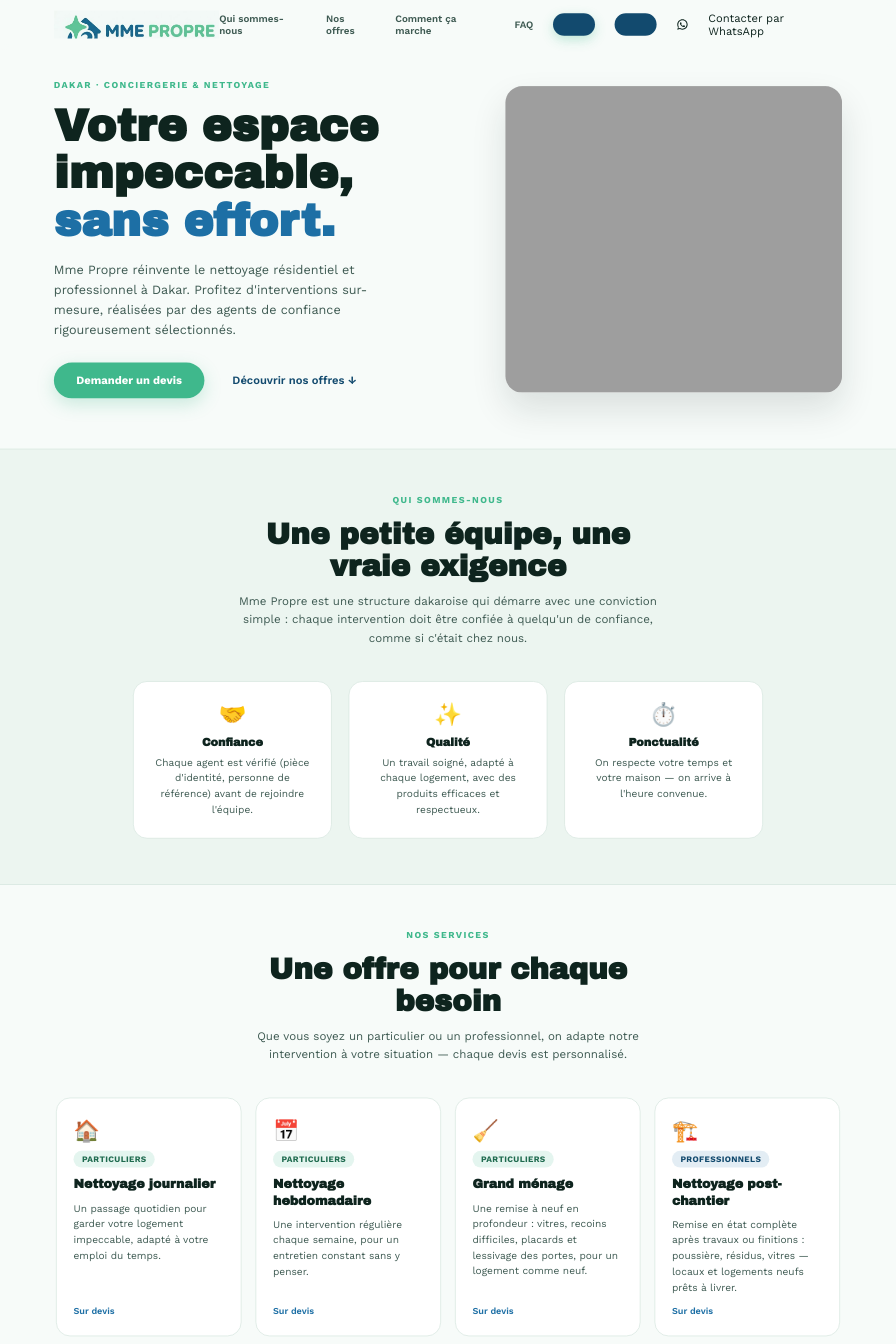
Repository: AntaaaKD/Mme-Propre
Page: index.html
An editor plug-in stored every save of this project. The page is shown before and after a run of saves, followed by the edit.
The browser window is 1280 px wide. The pictures show the part of the page from y = 0 to 1920 px (the page is 4385 px tall), at 70% of full size.
Pictures or frames that could not be fetched are drawn as grey boxes.

Above is the page before, as saved 2026-07-29 00:49:10.

After the next 2 saves:
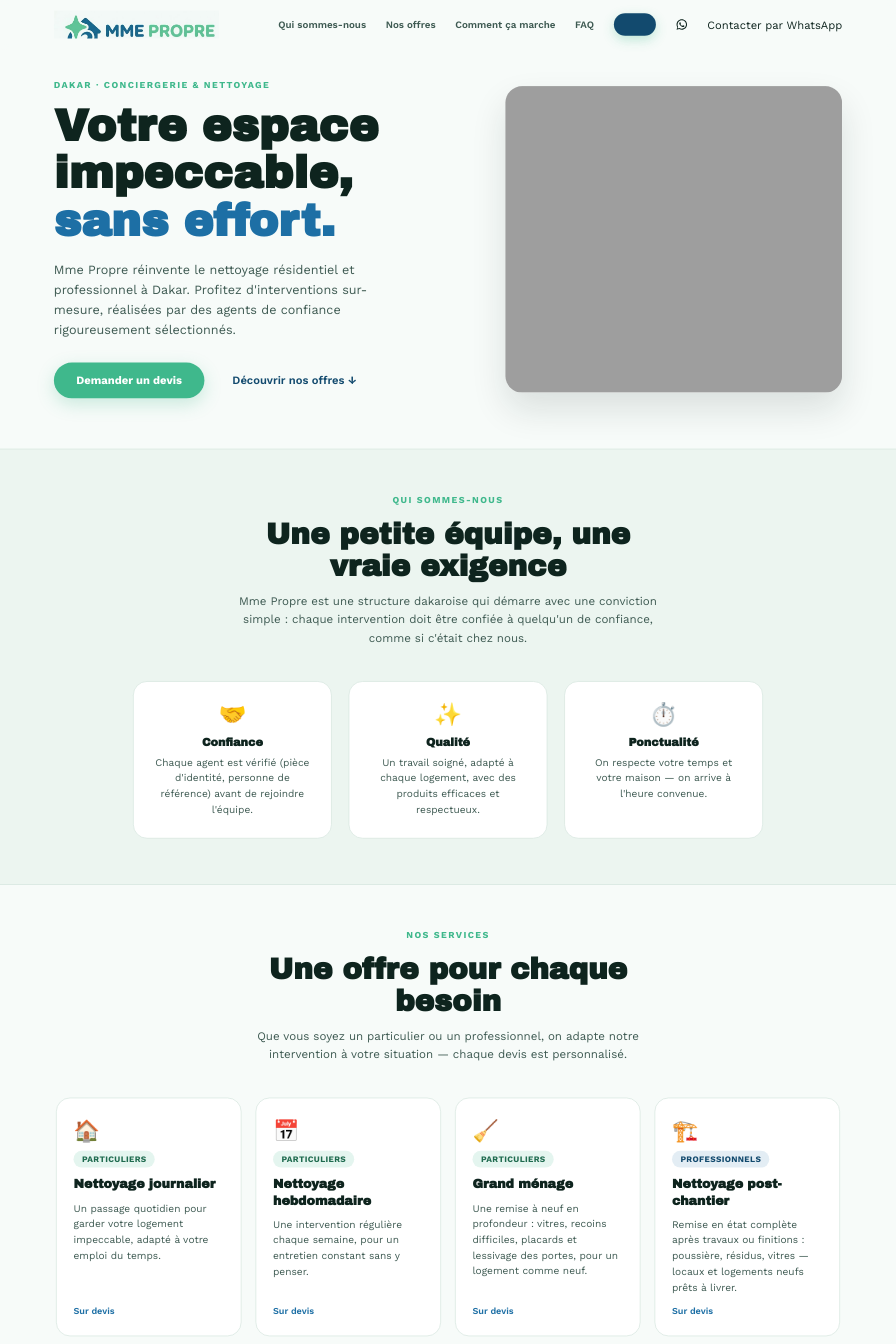
The 2 saves are shown as one change because they came seconds apart.
The last was saved 11 s later.
--- a/index.html
+++ b/index.html
@@ -207,8 +207,7 @@
     <a class="nav-link" href="#offres">Nos offres</a>
     <a class="nav-link" href="#comment">Comment ça marche</a>
     <a class="nav-link" href="#faq">FAQ</a>
-    <a class=" btn-direct header-cta header-cta-wa" id="header-wa-btn" href="#" target="_blank" rel="noopener">
-    <a class="btn-direct" id="direct-wa" href="#" target="_blank" rel="noopener"></a>
+    <a class=" btn-direct header-cta header-cta-wa" id="header-wa-btn" href="#" target="_blank" rel="noopener"></a>
   <svg viewBox="0 0 24 24" width="18" height="18" fill="currentColor" aria-hidden="true">
     <path d="M12 2C6.48 2 2 6.48 2 12c0 1.85.5 3.58 1.38 5.07L2 22l5.11-1.34A9.94 9.94 0 0 0 12 22c5.52 0 10-4.48 10-10S17.52 2 12 2zm0 18c-1.63 0-3.16-.44-4.48-1.21l-.32-.19-3.03.79.81-2.95-.21-.31A7.94 7.94 0 0 1 4 12c0-4.41 3.59-8 8-8s8 3.59 8 8-3.59 8-8 8zm4.36-5.86c-.24-.12-1.42-.7-1.64-.78-.22-.08-.38-.12-.54.12-.16.24-.62.78-.76.94-.14.16-.28.18-.52.06-.24-.12-1.01-.37-1.92-1.19-.71-.63-1.19-1.41-1.33-1.65-.14-.24-.01-.37.11-.49.11-.11.24-.28.36-.42.12-.14.16-.24.24-.4.08-.16.04-.3-.02-.42-.06-.12-.54-1.3-.74-1.78-.19-.46-.39-.4-.54-.4-.14 0-.3-.02-.46-.02s-.42.06-.64.3c-.22.24-.84.82-.84 2s.86 2.32.98 2.48c.12.16 1.7 2.6 4.12 3.64.58.25 1.03.4 1.38.51.58.18 1.11.16 1.53.1.47-.07 1.42-.58 1.62-1.14.2-.56.2-1.04.14-1.14-.06-.1-.22-.16-.46-.28z"/>
   </svg>
